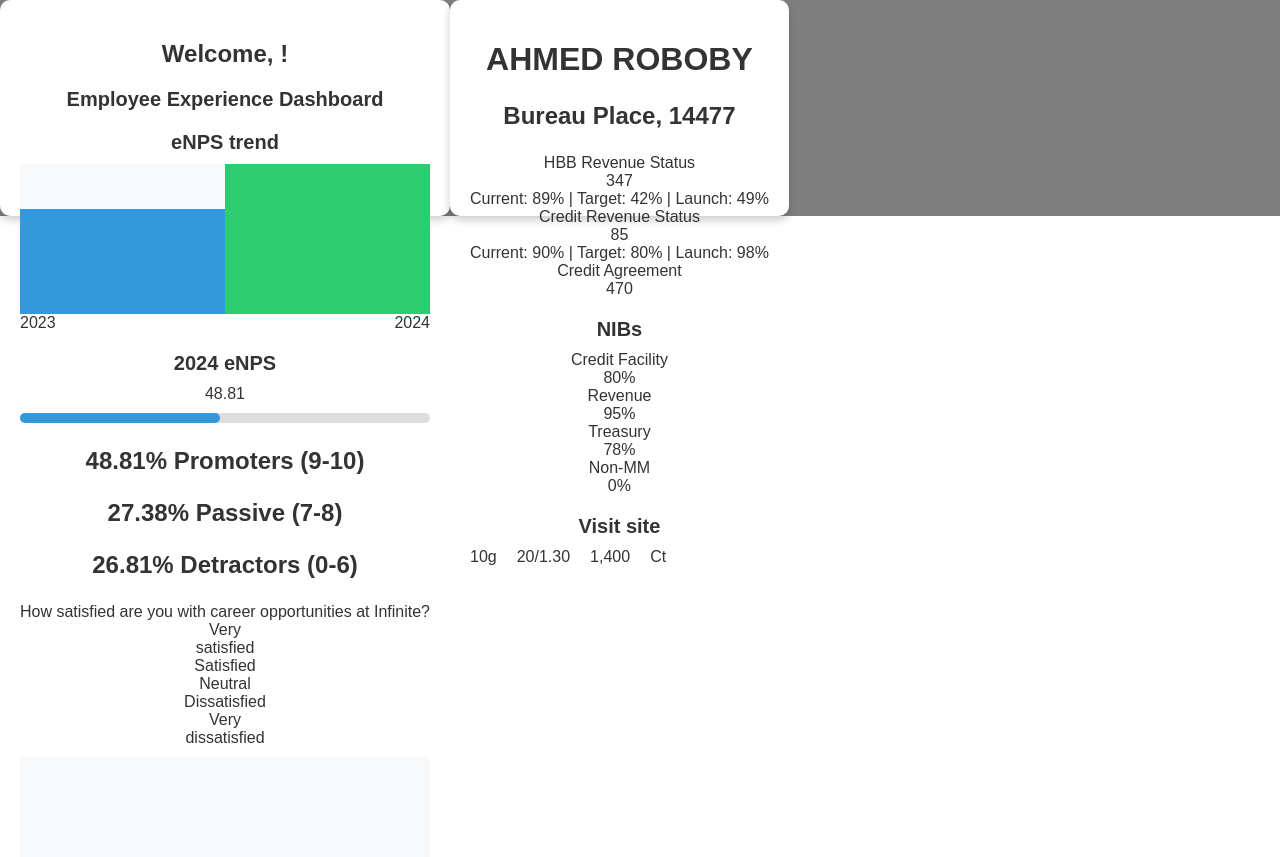
Repository: Ramaryal33/Airline-Management-System
Page: http://localhost/Airline_Management_System/WEB-INF/page/staffDashboard.jsp
The author's editor kept a copy of each file at every save. The page is drawn from the files as they stood at one save, then again after the next save.
The browser window is 1280 px wide. The pictures show the whole page.
The page is served by Tomcat 10. Nobody is signed in. Other server files are loaded and not shown. The template is opened directly, without the code that normally fills it, so the values that code supplies are empty.

Above is the page before, as saved 2025-05-01 15:48:50.

### Airline_Management_System/src/main/webapp/WEB-INF/page/staffDashboard.jsp
<%@ page language="java" contentType="text/html; charset=UTF-8" pageEncoding="UTF-8"%>
<!DOCTYPE html>
<html>
<head>
    <meta charset="UTF-8">
    <title>Staff Dashboard</title>
   <link rel="stylesheet" href="${pageContext.request.contextPath}/css/staff.css">
</head>
<body>
    <div class="dashboard-container">
        <!-- Employee Experience Section -->
        <div class="card">
        <h2>Welcome, ${user.fullName}!</h2>
            <h3>Employee Experience Dashboard</h3>

            <div class="metric">
                <h3>eNPS trend</h3>
                <!-- Chart would go here in a real implementation -->
                <div style="height: 150px; background-color: #f8f9fa; display: flex; align-items: flex-end;">
                    <div style="width: 50%; height: 70%; background-color: #3498db;"></div>
                    <div style="width: 50%; height: 100%; background-color: #2ecc71;"></div>
                </div>
                <div style="display: flex; justify-content: space-between;">
                    <span>2023</span>
                    <span>2024</span>
                </div>
            </div>

            <div class="metric">
                <h3>2024 eNPS</h3>
                <div class="metric-value">48.81</div>
                <div class="progress-bar">
                    <div class="progress" style="width: 48.81%"></div>
                </div>
                <p>48.81% Promoters (9-10)</p>
                <p>27.38% Passive (7-8)</p>
                <p>26.81% Detractors (0-6)</p>
            </div>

            <div class="satisfaction-item">
                <div class="satisfaction-question">How satisfied are you with career opportunities at Infinite?</div>
                <div class="satisfaction-options">
                    <div class="satisfaction-option">Very<br>satisfied</div>
                    <div class="satisfaction-option">Satisfied</div>
                    <div class="satisfaction-option">Neutral</div>
                    <div class="satisfaction-option">Dissatisfied</div>
                    <div class="satisfaction-option">Very<br>dissatisfied</div>
                </div>
                <!-- Chart would go here -->
                <div style="height: 100px; background-color: #f8f9fa; margin-top: 10px;"></div>
            </div>
        </div>

        <!-- Employee Profile Section -->
        <div class="card">
            <div class="profile-header">
                <h1>AHMED ROBOBY</h1>
            </div>
            <p>Bureau Place, 14477</p>

            <div class="metric">
                <div class="metric-title">HBB Revenue Status</div>
                <div class="metric-value">347</div>
                <div>Current: 89% | Target: 42% | Launch: 49%</div>
            </div>

            <div class="metric">
                <div class="metric-title">Credit Revenue Status</div>
                <div class="metric-value">85</div>
                <div>Current: 90% | Target: 80% | Launch: 98%</div>
            </div>

            <div class="metric">
                <div class="metric-title">Credit Agreement</div>
                <div class="metric-value">470</div>
            </div>

            <h3>NIBs</h3>
            <div class="nibs-container">
                <div class="nibs-item">
                    <div>Credit Facility</div>
                    <div class="nibs-percentage">80%</div>
                </div>
                <div class="nibs-item">
                    <div>Revenue</div>
                    <div class="nibs-percentage">95%</div>
                </div>
                <div class="nibs-item">
                    <div>Treasury</div>
                    <div class="nibs-percentage">78%</div>
                </div>
                <div class="nibs-item">
                    <div>Non-MM</div>
                    <div class="nibs-percentage">0%</div>
                </div>
            </div>

            <h3>Visit site</h3>
            <div style="display: flex; gap: 20px;">
                <div>10g</div>
                <div>20/1.30</div>
                <div>1,400</div>
                <div>Ct</div>
            </div>
        </div>
    </div>
</body>
</html>

### Airline_Management_System/src/main/webapp/css/staff.css
body {
    margin: 0;
    font-family: Arial, sans-serif;
    color: #fff;
}

.dashboard-background {
    background: url('image/aeroplane.jpg') no-repeat center center fixed;
   /*background-size: cover;*/
    min-height: 5vh;
    display: flex;
    align-items: stretch;
}

.dashboard-container {
    display: flex;
    width: 100%;
    height: 30vh;
    background-color: rgba(0, 0, 0, 0.5); /* Dark overlay */
}

.sidebar {
    width: 220px;
    background-color: rgba(81, 65, 120, 0.95);
    padding: 20px;
    color: white;
}

.sidebar h2 {
    font-size: 22px;
    margin-bottom: 20px;
}

.sidebar ul {
    list-style: none;
    padding: 0;
}

.sidebar ul li {
    margin: 15px 0;
}

.sidebar ul li a {
    text-decoration: none;
    color: white;
    font-weight: bold;
}

.sidebar ul li a:hover {
    text-decoration: underline;
}

.main-content {
    flex-grow: 1;
    padding: 40px;
    overflow-y: auto;
}

.header h1 {
    font-size: 32px;
    margin-bottom: 5px;
}

.header h2 {
    font-size: 18px;
    font-weight: normal;
    color: #ddd;
    margin-bottom: 30px;
}

.cards {
    display: grid;
    grid-template-columns: repeat(auto-fit, minmax(200px, 1fr));
    gap: 20px;
}

.card {
    background: white;
    color: #333;
    border-radius: 10px;
    padding: 20px;
    box-shadow: 0 4px 8px rgba(0,0,0,0.2);
    text-align: center;
}

.card h3 {
    font-size: 20px;
    margin-bottom: 10px;
}

.card p {
    font-size: 24px;
    font-weight: bold;
}

.progress-bar {
    background: #ddd;
    border-radius: 5px;
    height: 10px;
    margin-top: 10px;
    width: 100%;
}

.progress {
    background: #3498db;
    height: 10px;
    border-radius: 5px;
}

After the next save:
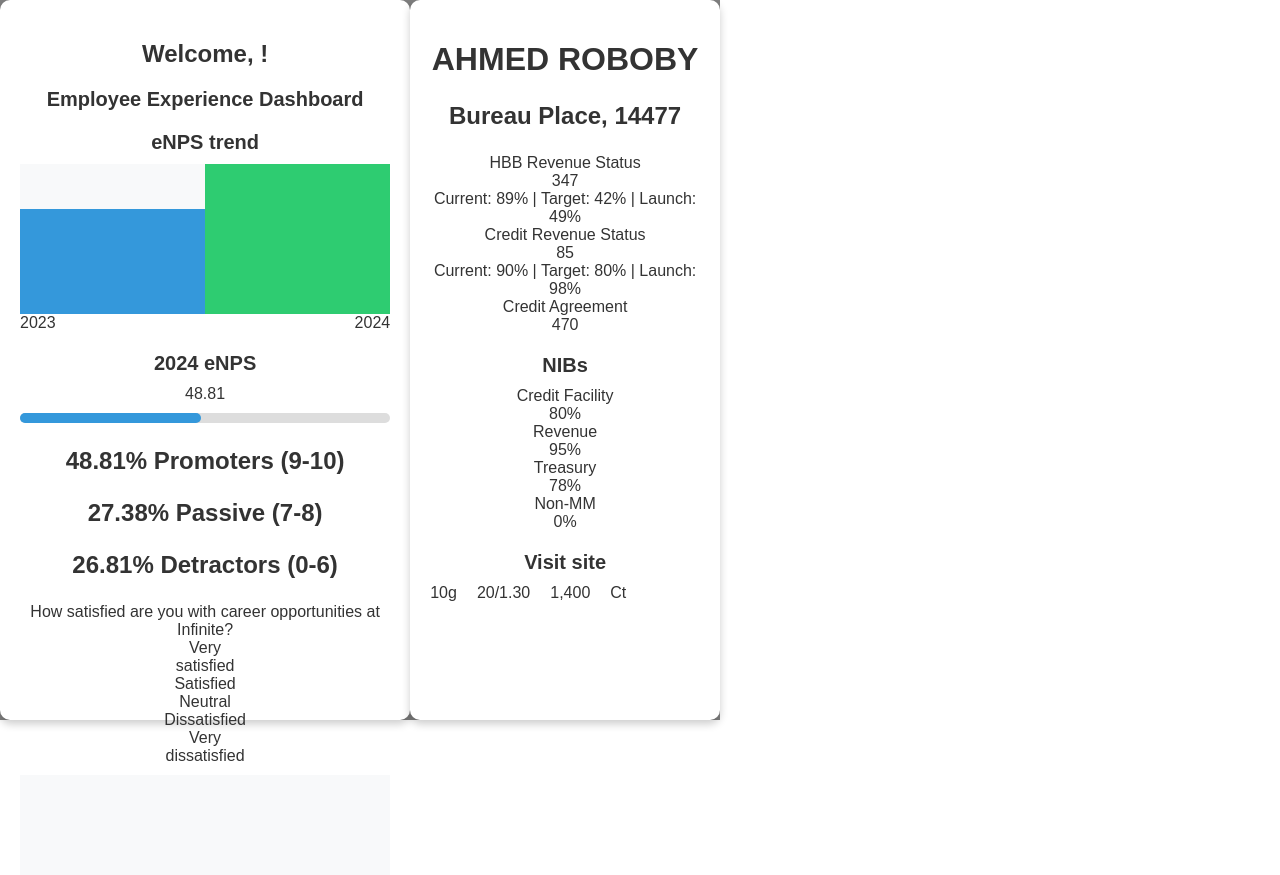
Saved 58 s later.
--- a/Airline_Management_System/src/main/webapp/css/staff.css
+++ b/Airline_Management_System/src/main/webapp/css/staff.css
@@ -8,14 +8,14 @@ body {
     background: url('image/aeroplane.jpg') no-repeat center center fixed;
    /*background-size: cover;*/
     min-height: 5vh;
-    display: flex;
+    display: ;
     align-items: stretch;
 }
 
 .dashboard-container {
     display: flex;
-    width: 100%;
-    height: 30vh;
+    width: 100vh;
+    height: 100vh;
     background-color: rgba(0, 0, 0, 0.5); /* Dark overlay */
 }
 
